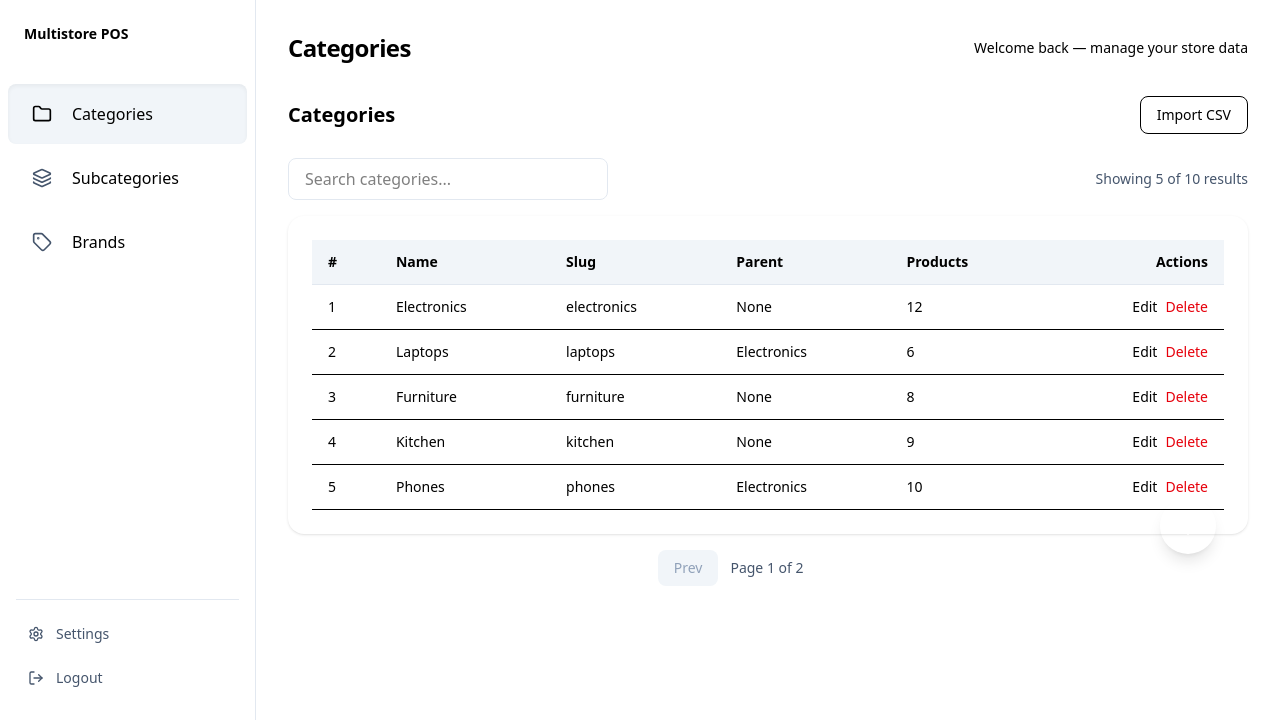
Repository: Ndegwa2/MulistorePOS
Page: /
The author's editor kept a copy of each file at every save. The page is drawn from the files as they stood at one save, then again after the next save.
The browser window is 1280 px wide. The pictures show the whole page.
The project was rebuilt for these pictures with package versions that can differ from the ones it lists, and the page was loaded fresh each time. Also part of the build but not shown: vite.config.js, Frontend/EditModal.jsx, Frontend/DeleteConfirm.jsx, Frontend/subcategory.jsx, Frontend/brand.jsx. Imported but missing from the stored project, and not drawn on this page: Frontend/productPanel.

Above is the page before, as saved 2025-10-03 10:22:36.

After the next save:
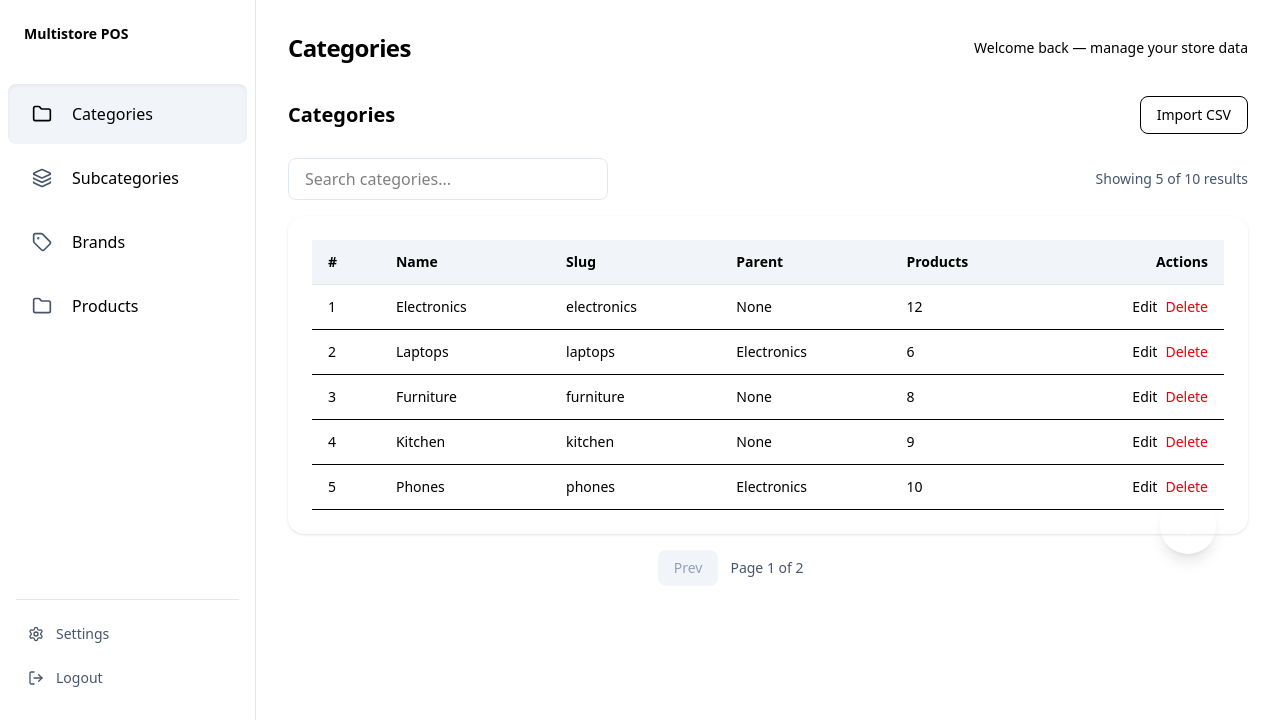
Saved 3 min 15 s later.
--- a/Frontend/dashboaord.jsx
+++ b/Frontend/dashboaord.jsx
@@ -5,11 +5,13 @@ import { Folder, Layers, Tag, Settings, LogOut } from "lucide-react";
 import CategoryPanel from "./categoryPanel";
 import SubCategoryPanel from "./subcategory";
 import BrandPanel from "./brand";
+import ProductPanel from "./productPanel";
 
 const NAV = [
   { key: "categories", label: "Categories", icon: Folder },
   { key: "subcategories", label: "Subcategories", icon: Layers },
   { key: "brands", label: "Brands", icon: Tag },
+  { key: "products", label: "Products", icon: Folder },
 ];
 
 export default function Dashboard() {
